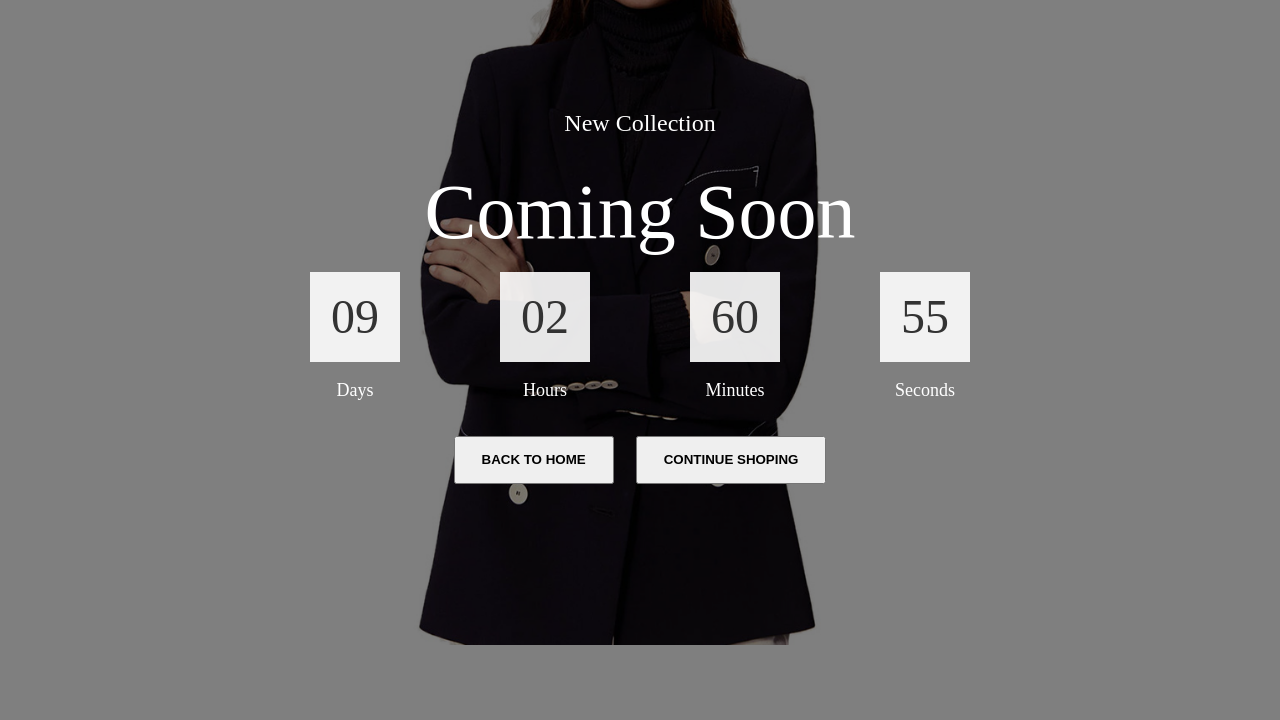
Repository: ST-United-Internship/Modaz-4life
Page: comingsoon&FAQ/commingsoon.html
The author's editor kept a copy of each file at every save. The page is drawn from the files as they stood at one save, then again after the next save.
The browser window is 1280 px wide. The pictures show the whole page.

Above is the page before, as saved 2023-03-22 09:28:23.

After the next save:
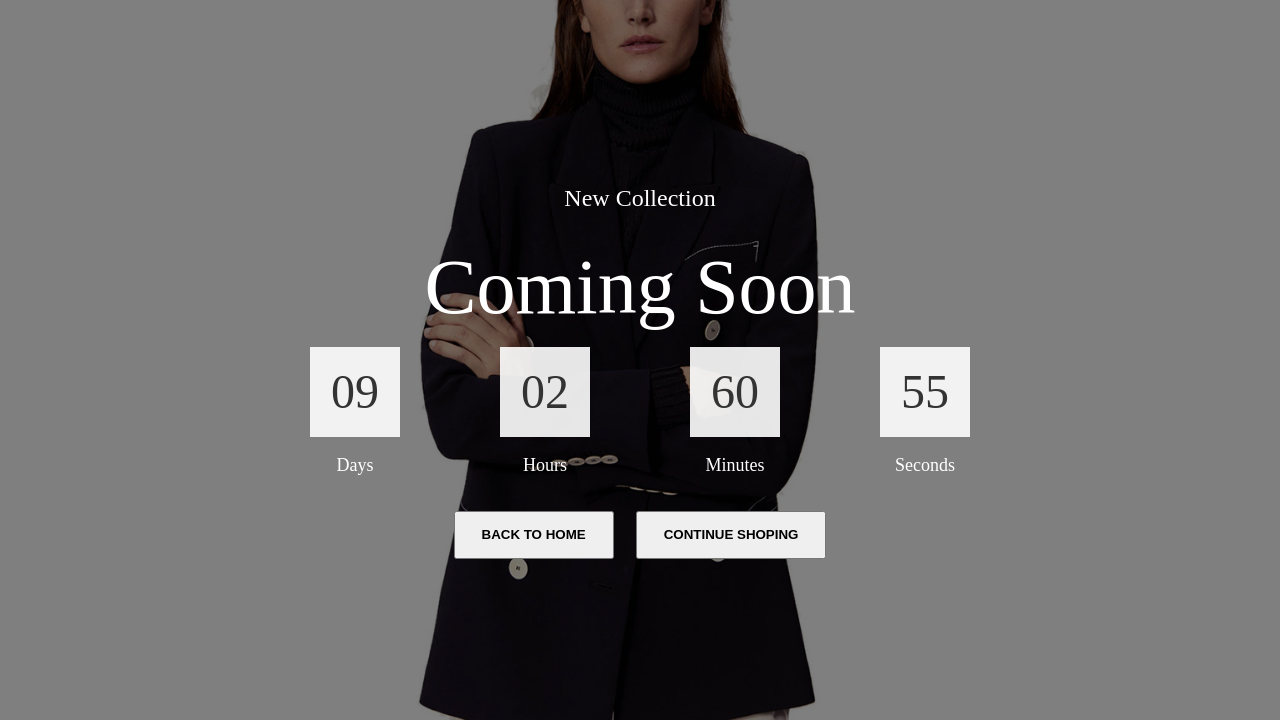
Saved 12 s later.
--- a/comingsoon&FAQ/css/comming-soon.css
+++ b/comingsoon&FAQ/css/comming-soon.css
@@ -15,9 +15,7 @@
     align-items: center;
     background-color: rgb(0, 0, 0,.5);
 }
-.text-title{
-    padding: 62px 0 212px;
-}
+
 .container img{
     position: absolute;
     height: 100%;
